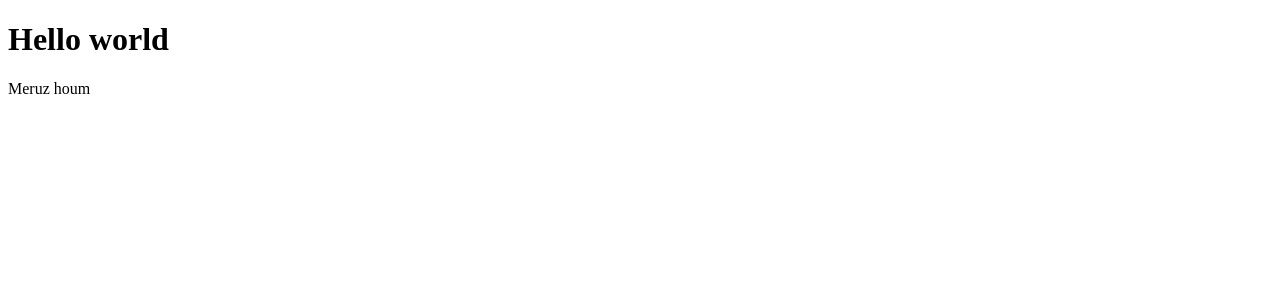
Repository: tronixafrica/testing
Page: index.html
An editor plug-in stored every save of this project. The page is shown before and after the next save, followed by the edit.
The browser window is 1280 px wide. The pictures show the whole page.

Above is the page before, as saved 2022-06-29 13:00:44.

### index.html
<!DOCTYPE html>
<html lang="en">
  <head>
    <meta charset="UTF-8" />
    <meta http-equiv="X-UA-Compatible" content="IE=edge" />
    <meta name="viewport" content="width=device-width, initial-scale=1.0" />
    <title>Document</title>
  </head>
  <body>
    <h1>Hello world</h1>
    <div>Meruz houm</div>
  </body>
</html>

After the next save:
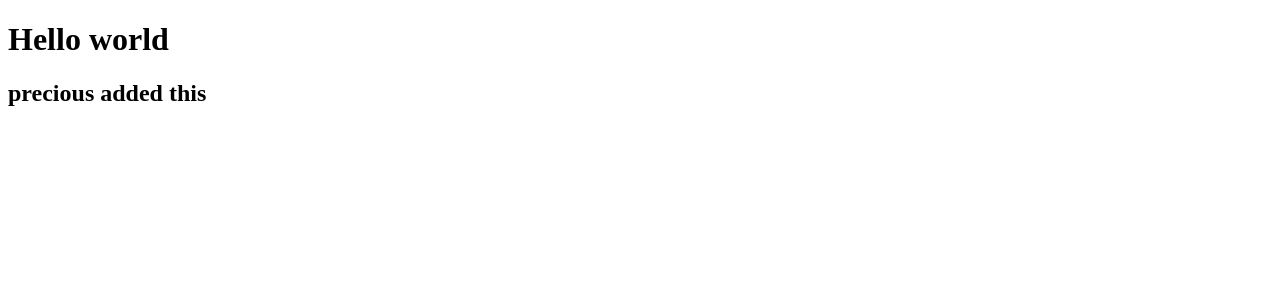
Saved 5 min 39 s later.
--- a/index.html
+++ b/index.html
@@ -8,6 +8,6 @@
   </head>
   <body>
     <h1>Hello world</h1>
-    <div>Meruz houm</div>
+    <h2>precious added this</h2>
   </body>
 </html>
